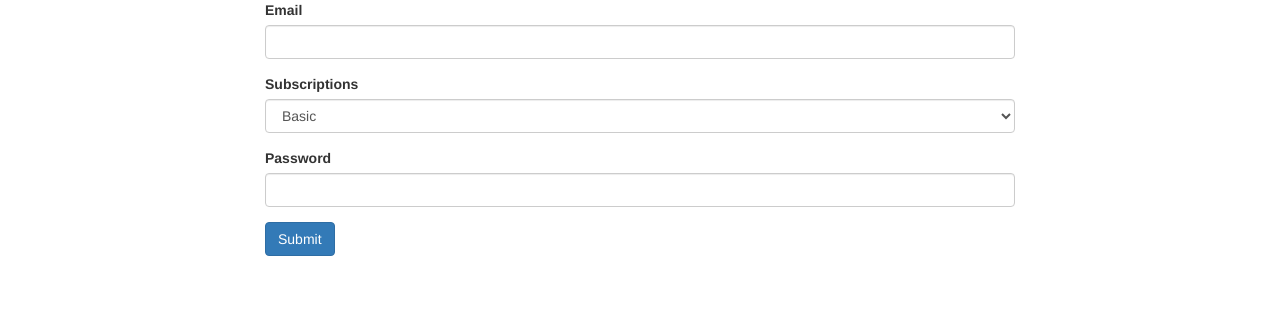
Repository: NikitasX/AngularCourse
Page: / (app in td-forms-assignment/)
An editor plug-in stored every save of this project. The page is shown before and after a run of saves, followed by the edit.
The browser window is 1280 px wide. The pictures show the whole page.
The project was rebuilt for these pictures with package versions that can differ from the ones it lists, and the page was loaded fresh each time. Also part of the build but not shown: td-forms-assignment/angular.json.

Above is the page before, as saved 2020-09-25 16:37:17.

After the next 3 saves:
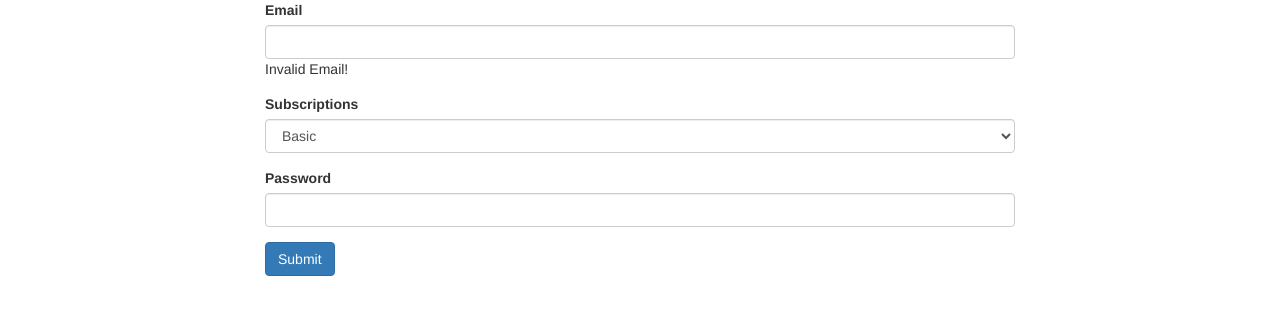
The 3 saves are shown as one change because they came seconds apart.
The last was saved 34 s later.
--- a/td-forms-assignment/src/app/app.component.html
+++ b/td-forms-assignment/src/app/app.component.html
@@ -11,6 +11,7 @@
               class="form-control"
               required
               email>
+              <p>Invalid Email!</p>
             </div>
 
             <div class="form-group">
